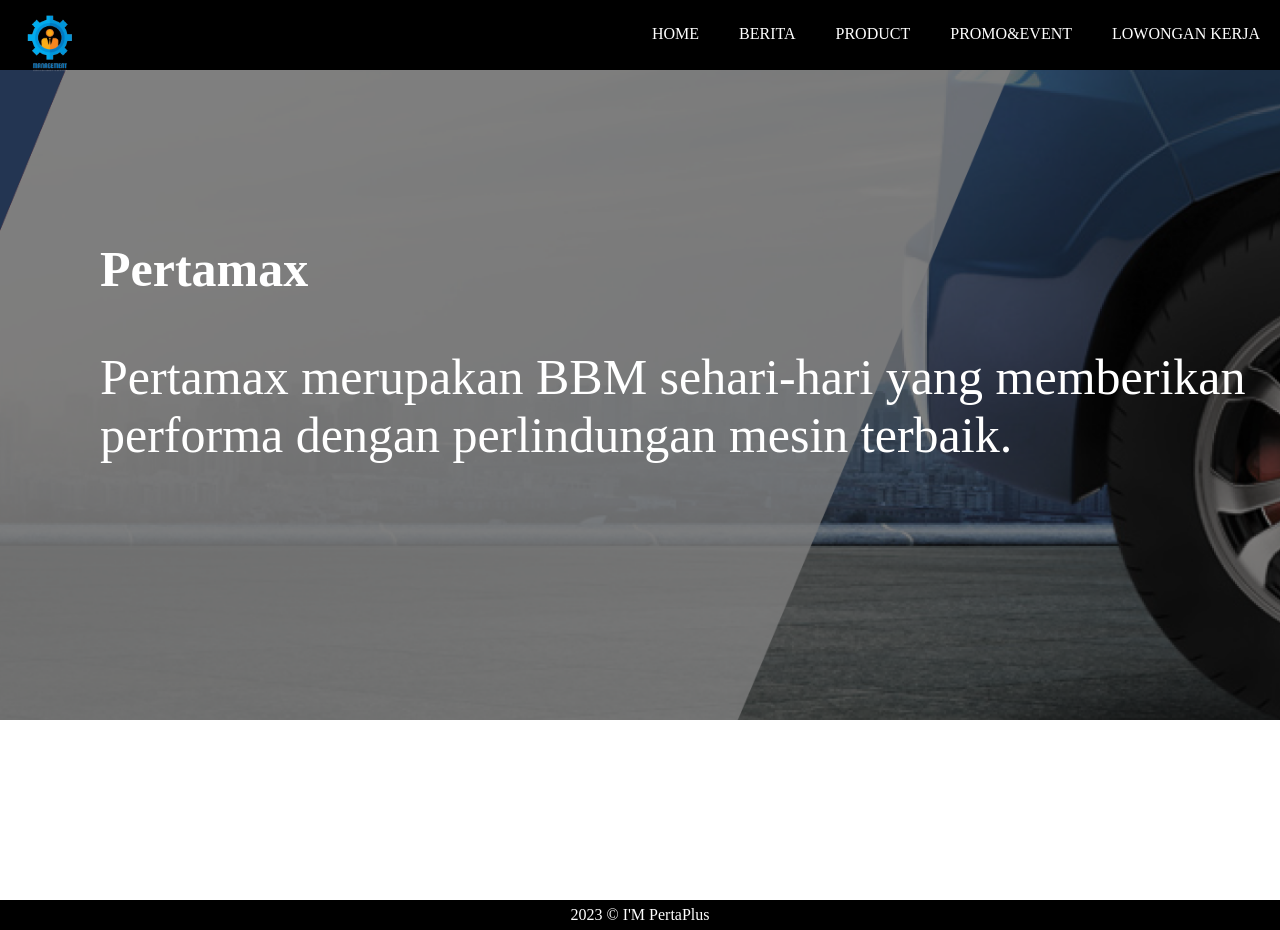
Repository: rizalardi34/project-mypertaplus
Page: pertamax.html
These files come from the project's save history. The page is drawn as it stood at one moment and after the next save; the edit follows.
The browser window is 1280 px wide. The pictures show the whole page.

Above is the page before, as saved 2023-04-25 13:07:16.

After the next save:
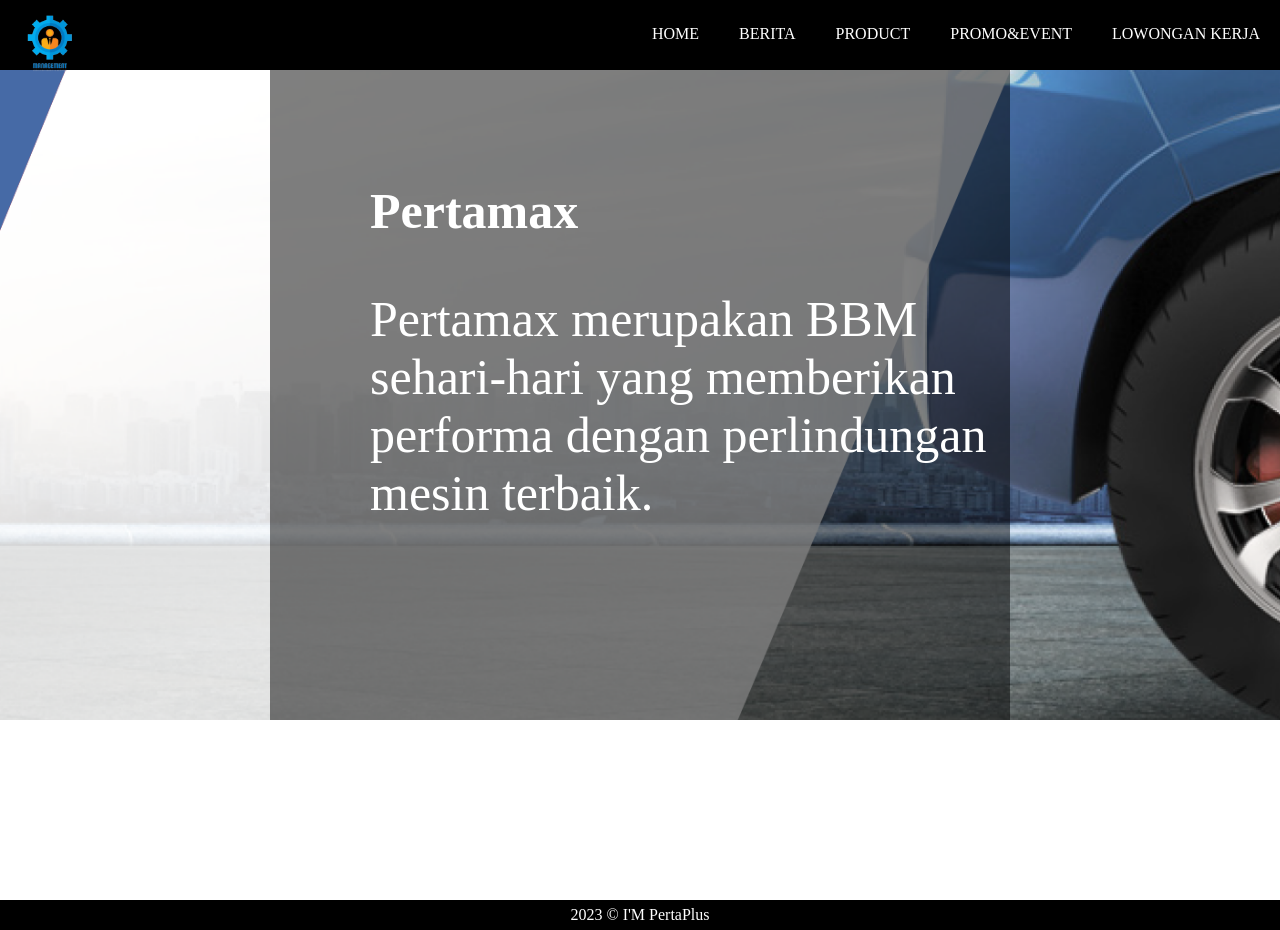
Saved 12 s later.
--- a/pertamax.html
+++ b/pertamax.html
@@ -19,7 +19,7 @@
                 </nav>
             </div>
             <div style="background-image: url(Main.png); background-repeat: no-repeat; background-size: cover; height: 100%;width: 100%; display: flex; justify-content: center; align-items: center;">
-                <div style="background-color:rgb(0, 0, 0,0.5); height: 100%; width: 100%; display: flex; justify-content: start; align-items: center; padding-left: 100px;">
+                <div style="background-color:rgb(0, 0, 0,0.5); height: 100%; width: 50%; display: flex; justify-content: start; align-items: center; padding-left: 100px;">
                     <div>
                         <h1 style=" color: white; font-size: 50px; ">Pertamax</h1>
                         <p style=" color: white; font-size: 50px; ">Pertamax merupakan BBM sehari-hari yang memberikan performa dengan perlindungan mesin terbaik.</p>
